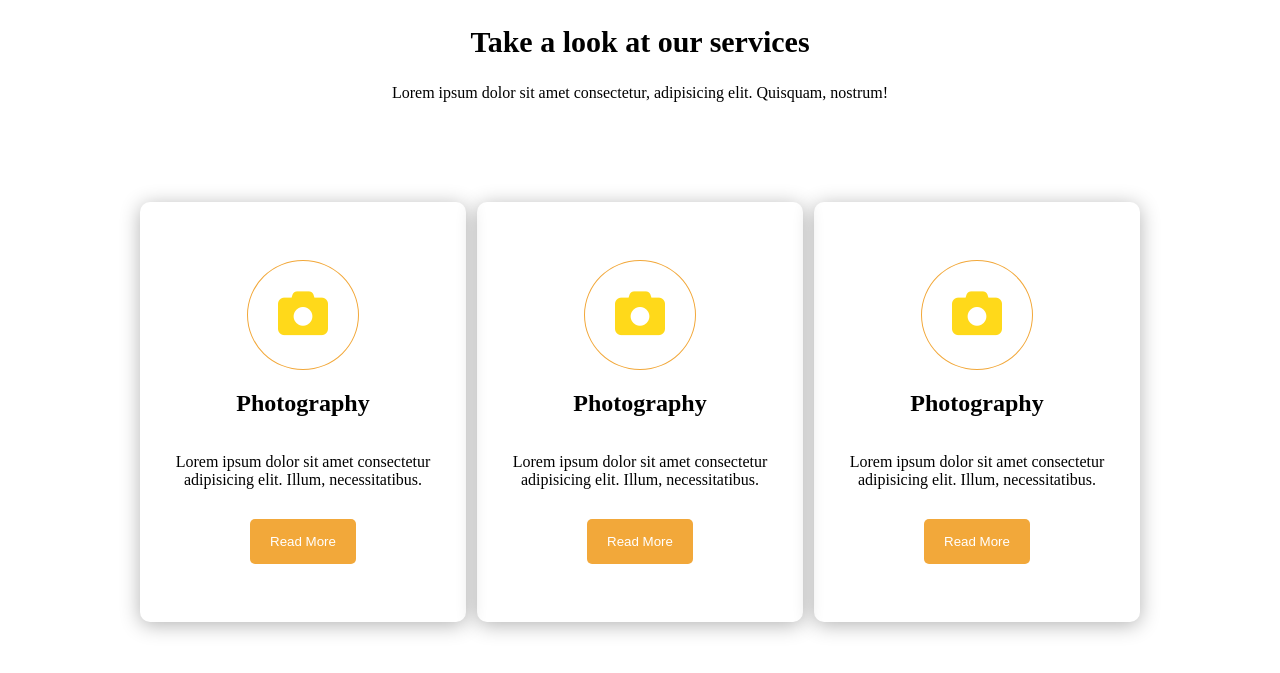
Repository: truongtn04/f8-fullstack-k5
Page: day05/ex03.html
These files come from the project's save history. The page is drawn as it stood at one moment and after the next save; the edit follows.
The browser window is 1280 px wide. The pictures show the whole page.

Above is the page before, as saved 2023-12-04 11:54:10.

After the next save:
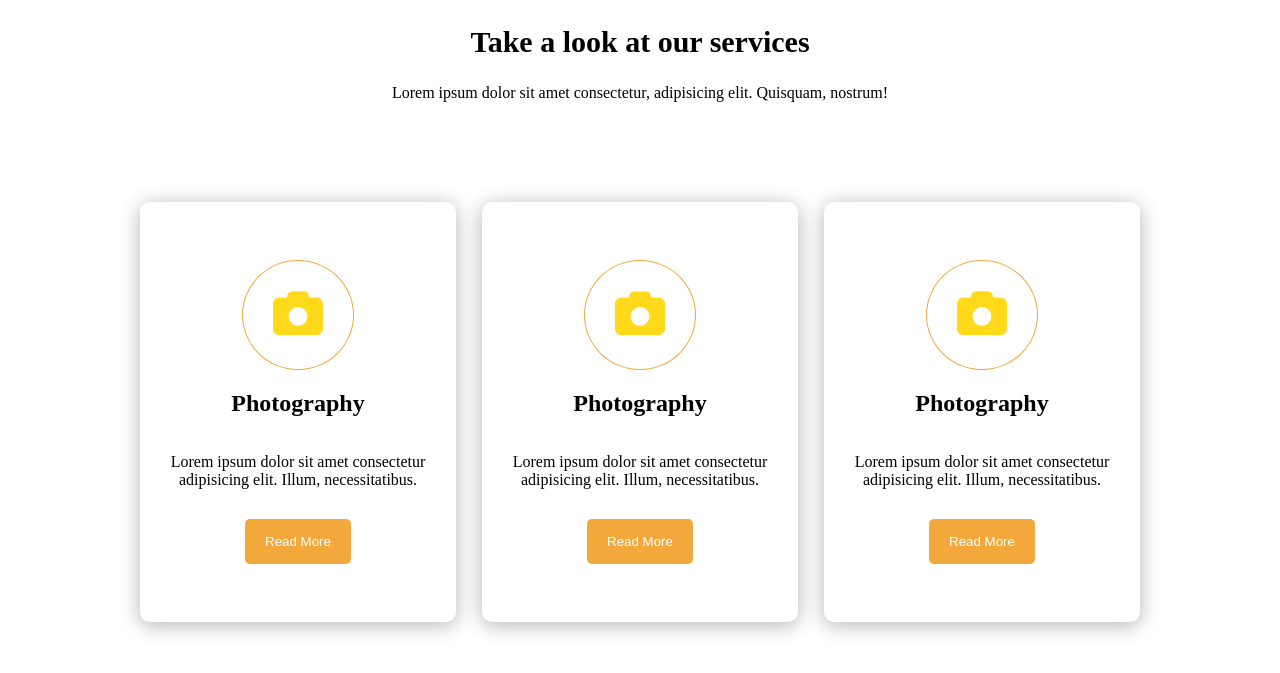
Saved 15 s later.
--- a/day05/css/ex03.css
+++ b/day05/css/ex03.css
@@ -14,7 +14,7 @@ h1 {
     align-items: center;
 }
 .item{
-    width: 300px;
+    width: 290px;
     box-shadow: 0 3px 20px rgba(0, 0, 0, 0.3);
     padding: 10px 13px;
     border-radius: 10px;
